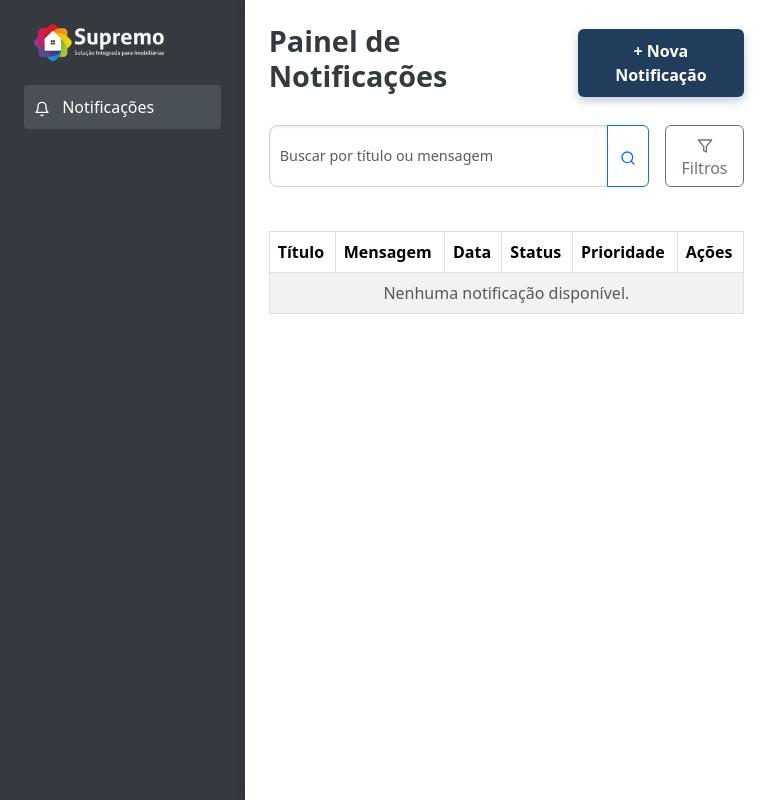
Repository: ryanmarinhodev/Supremo-teste-tecnico
Page: /notifications
The author's editor kept a copy of each file at every save. The page is drawn from the files as they stood at one save, then again after the next save.
The browser window is 768 px wide. The pictures show the whole page.
The project was rebuilt for these pictures with package versions that can differ from the ones it lists, and the page was loaded fresh each time. Also part of the build but not shown: src/App.css, src/Components/Login/index.jsx.

Above is the page before, as saved 2024-11-07 18:08:41.

After the next save:
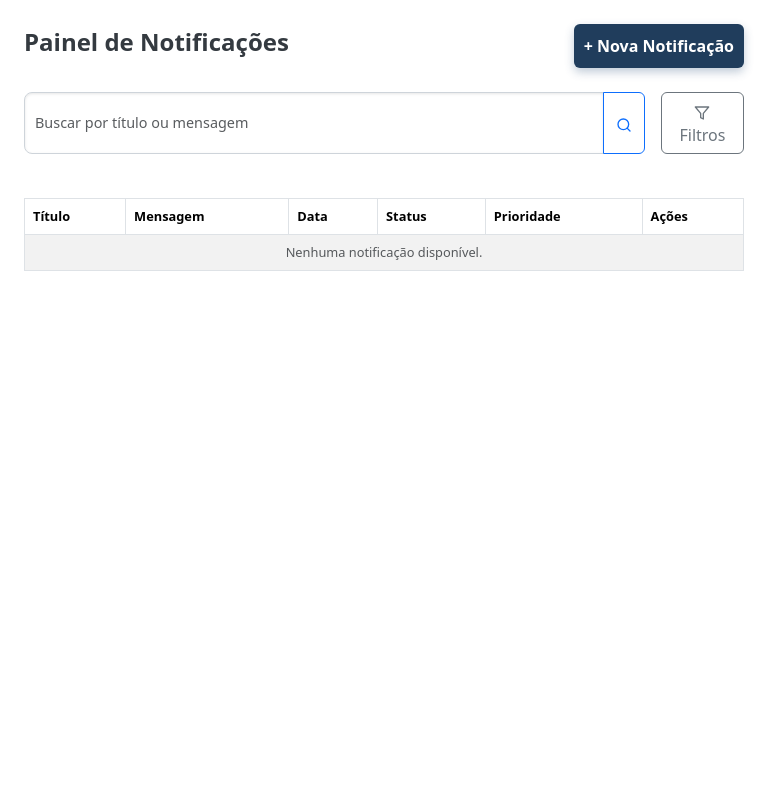
Saved 16 s later.
--- a/src/Components/Notifications/notification.css
+++ b/src/Components/Notifications/notification.css
@@ -1,21 +1,54 @@
 .dashboard-container {
     display: flex;
+    flex-direction: column;
     min-height: 100vh;
     background-color: #f8f9fa;
   }
 
+  /* Sidebar */
   .sidebar {
     width: 250px;
     background-color: #343a40;
     color: #fff;
     height: 100vh;
+    transition: transform 0.3s ease;
   }
 
-.logo {
+  /* Responsividade: Oculta a sidebar em telas menores */
+  @media (max-width: 768px) {
+    .sidebar {
+      width: 100%;
+      height: auto;
+      position: fixed;
+      transform: translateX(-100%);
+      top: 0;
+      left: 0;
+      z-index: 1000;
+      display: block;
+    }
+
+    /* Mostrar sidebar quando ativa */
+    .sidebar.active {
+      transform: translateX(0);
+    }
+
+    /* Botão para abrir/fechar a sidebar */
+    .sidebar-toggle {
+      display: block;
+      background-color: #343a40;
+      color: #fff;
+      position: fixed;
+      top: 10px;
+      left: 10px;
+      z-index: 1100;
+    }
+  }
+
+  .logo {
     width: 130px;
     display: flex;
     margin-left: 10px;
-}
+  }
 
   .sidebar h4 {
     font-size: 1.4rem;
@@ -36,11 +69,13 @@
     border-radius: 4px;
   }
 
+  /* Conteúdo */
   .content {
     flex-grow: 1;
     padding: 20px 40px;
     background-color: #ffffff;
     box-shadow: 0px 0px 10px rgba(0, 0, 0, 0.1);
+    transition: margin-left 0.3s ease;
   }
 
   .page-title {
@@ -49,10 +84,24 @@
     color: #343a40;
   }
 
+  /* Reduz o tamanho do título em telas menores */
+  @media (max-width: 768px) {
+    .page-title {
+      font-size: 1.5rem;
+    }
+
+    .content {
+      padding: 20px;
+    }
+  }
+
+  /* Estilos para a tabela */
   .table {
     margin-top: 20px;
+    font-size: 0.9rem;
   }
 
+  /* Ajuste de espaçamento do botão em telas pequenas */
   button {
     transition: background-color 0.3s ease, box-shadow 0.2s ease;
   }
@@ -60,3 +109,15 @@
   button:hover {
     box-shadow: 0px 4px 8px rgba(0, 0, 0, 0.15);
   }
+
+  /* Ajustes para a tabela em telas menores */
+  @media (max-width: 768px) {
+    .table {
+      font-size: 0.8rem;
+    }
+
+    .table th,
+    .table td {
+      padding: 8px;
+    }
+  }

After the 2 saves that followed:
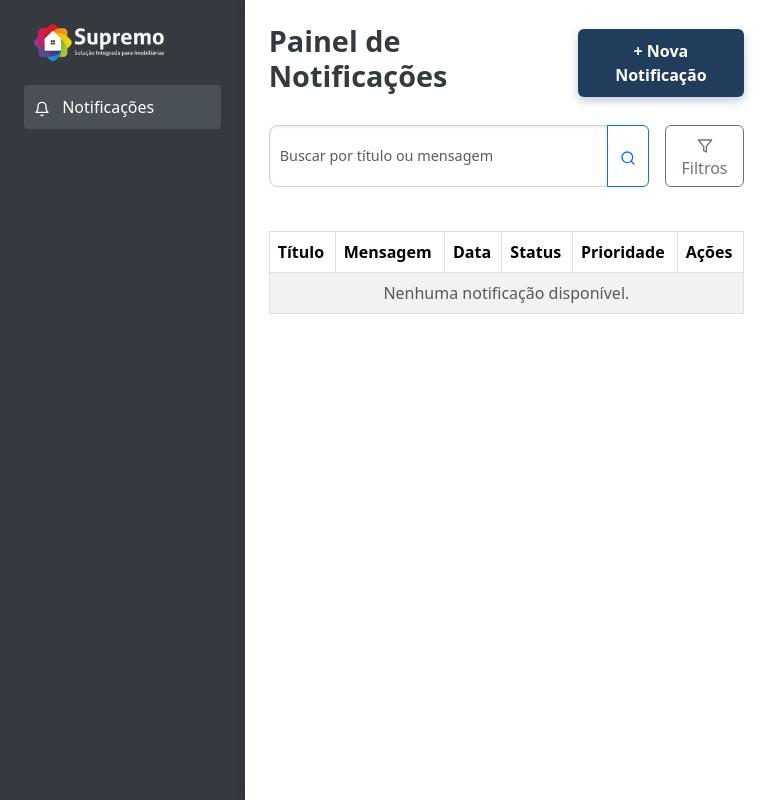
The 2 saves are shown as one change because they came seconds apart.
The last was saved 8 s later.
--- a/src/Components/Notifications/notification.css
+++ b/src/Components/Notifications/notification.css
@@ -1,54 +1,21 @@
 .dashboard-container {
     display: flex;
-    flex-direction: column;
     min-height: 100vh;
     background-color: #f8f9fa;
   }
 
-  /* Sidebar */
   .sidebar {
     width: 250px;
     background-color: #343a40;
     color: #fff;
     height: 100vh;
-    transition: transform 0.3s ease;
   }
 
-  /* Responsividade: Oculta a sidebar em telas menores */
-  @media (max-width: 768px) {
-    .sidebar {
-      width: 100%;
-      height: auto;
-      position: fixed;
-      transform: translateX(-100%);
-      top: 0;
-      left: 0;
-      z-index: 1000;
-      display: block;
-    }
-
-    /* Mostrar sidebar quando ativa */
-    .sidebar.active {
-      transform: translateX(0);
-    }
-
-    /* Botão para abrir/fechar a sidebar */
-    .sidebar-toggle {
-      display: block;
-      background-color: #343a40;
-      color: #fff;
-      position: fixed;
-      top: 10px;
-      left: 10px;
-      z-index: 1100;
-    }
-  }
-
-  .logo {
+.logo {
     width: 130px;
     display: flex;
     margin-left: 10px;
-  }
+}
 
   .sidebar h4 {
     font-size: 1.4rem;
@@ -69,13 +36,11 @@
     border-radius: 4px;
   }
 
-  /* Conteúdo */
   .content {
     flex-grow: 1;
     padding: 20px 40px;
     background-color: #ffffff;
     box-shadow: 0px 0px 10px rgba(0, 0, 0, 0.1);
-    transition: margin-left 0.3s ease;
   }
 
   .page-title {
@@ -84,24 +49,10 @@
     color: #343a40;
   }
 
-  /* Reduz o tamanho do título em telas menores */
-  @media (max-width: 768px) {
-    .page-title {
-      font-size: 1.5rem;
-    }
-
-    .content {
-      padding: 20px;
-    }
+  .table {
+    margin-top: 20px;
   }
 
-  /* Estilos para a tabela */
-  .table {
-    margin-top: 20px;
-    font-size: 0.9rem;
-  }
-
-  /* Ajuste de espaçamento do botão em telas pequenas */
   button {
     transition: background-color 0.3s ease, box-shadow 0.2s ease;
   }
@@ -109,15 +60,3 @@
   button:hover {
     box-shadow: 0px 4px 8px rgba(0, 0, 0, 0.15);
   }
-
-  /* Ajustes para a tabela em telas menores */
-  @media (max-width: 768px) {
-    .table {
-      font-size: 0.8rem;
-    }
-
-    .table th,
-    .table td {
-      padding: 8px;
-    }
-  }
